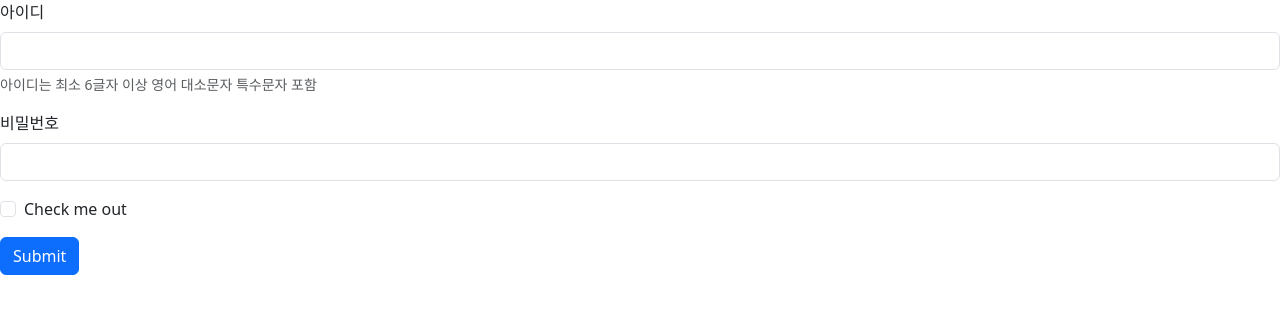
Repository: mi-ci/ai
Page: jsp01/src/main/webapp/ch05/login.html
These files come from the project's save history. The page is drawn as it stood at one moment and after the next save; the edit follows.
The browser window is 1280 px wide. The pictures show the whole page.

Above is the page before, as saved 2024-01-19 00:49:12.

After the next save:
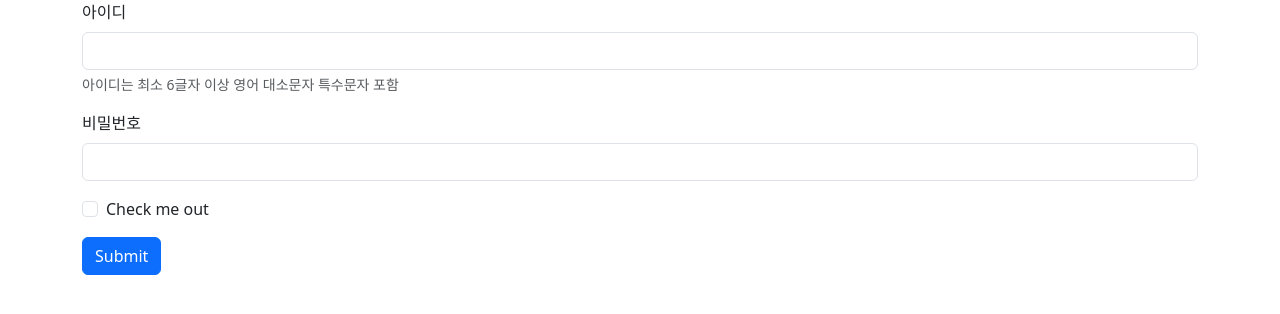
Saved 32 s later.
--- a/jsp01/src/main/webapp/ch05/login.html
+++ b/jsp01/src/main/webapp/ch05/login.html
@@ -6,23 +6,24 @@
 <link href="https://cdn.jsdelivr.net/npm/bootstrap@5.3.2/dist/css/bootstrap.min.css" rel="stylesheet" integrity="sha384-T3c6CoIi6uLrA9TneNEoa7RxnatzjcDSCmG1MXxSR1GAsXEV/Dwwykc2MPK8M2HN" crossorigin="anonymous">
 </head>
 <body>
-
-	<form>
-	  <div class="mb-3">
-	    <label for="exampleInputId" class="form-label">아이디</label>
-	    <input type="text" class="form-control" id="exampleInputId" aria-describedby="emailHelp">
-	    <div id="emailHelp" class="form-text">아이디는 최소 6글자 이상 영어 대소문자 특수문자 포함</div>
-	  </div>
-	  <div class="mb-3">
-	    <label for="exampleInputPassword1" class="form-label">비밀번호</label>
-	    <input type="password" class="form-control" id="exampleInputPassword1">
-	  </div>
-	  <div class="mb-3 form-check">
-	    <input type="checkbox" class="form-check-input" id="exampleCheck1">
-	    <label class="form-check-label" for="exampleCheck1">Check me out</label>
-	  </div>
-	  <button type="submit" class="btn btn-primary">Submit</button>
-	</form>
+	<div class="container">
+		<form>
+		  <div class="mb-3">
+		    <label for="exampleInputId" class="form-label">아이디</label>
+		    <input type="text" class="form-control" id="exampleInputId" aria-describedby="emailHelp">
+		    <div id="emailHelp" class="form-text">아이디는 최소 6글자 이상 영어 대소문자 특수문자 포함</div>
+		  </div>
+		  <div class="mb-3">
+		    <label for="exampleInputPassword1" class="form-label">비밀번호</label>
+		    <input type="password" class="form-control" id="exampleInputPassword1">
+		  </div>
+		  <div class="mb-3 form-check">
+		    <input type="checkbox" class="form-check-input" id="exampleCheck1">
+		    <label class="form-check-label" for="exampleCheck1">Check me out</label>
+		  </div>
+		  <button type="submit" class="btn btn-primary">Submit</button>
+		</form>
+	</div>
 
 
 </body>
